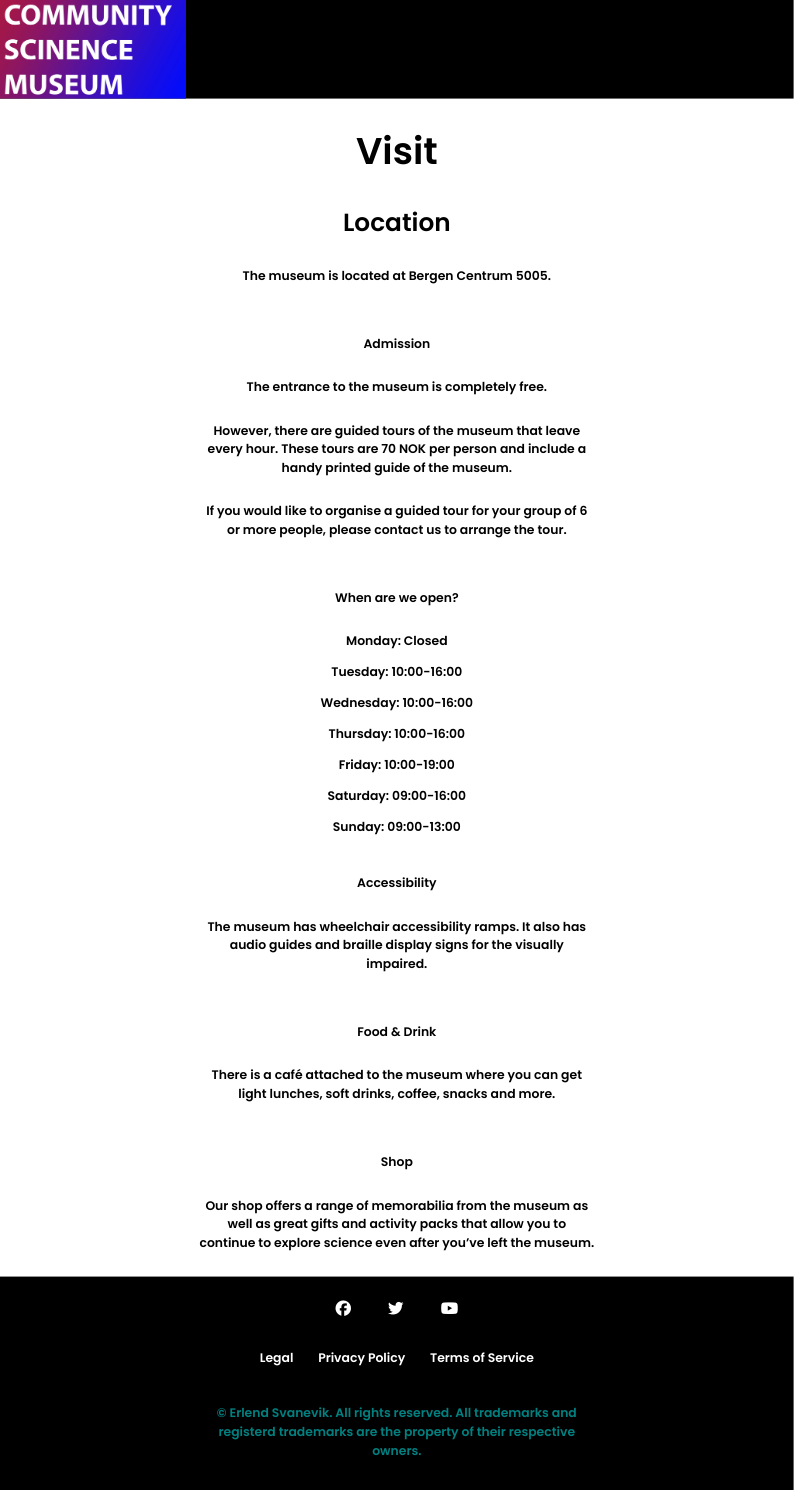
Repository: EpleWasTaken/Semester-Project
Page: visit.html
An editor plug-in stored every save of this project. The page is shown before and after the next save, followed by the edit.
The browser window is 1280 px wide. The pictures show the whole page, at 62% of full size.
Some web libraries are served in a nearby version.

Above is the page before, as saved 2020-12-07 11:12:05.

### visit.html
<!DOCTYPE html>
<html lang="en">
<head>
    <meta charset="UTF-8">
    <meta name="viewport" content="width=device-width, initial-scale=1.0">
    <meta name="keywords" content="museum, science museum, community museum">
    <meta name="author" content="Erlend Molvik Svanevik">
    <title>CMS Visit</title>

    <link rel="preconnect" href="https://fonts.gstatic.com">
    <link href="https://fonts.googleapis.com/css2?family=Poppins:ital,wght@0,100;0,200;0,300;0,400;0,500;0,600;1,100;1,200;1,300;1,400;1,500;1,600&display=swap" rel="stylesheet">
    <link rel="stylesheet" href="./css/styles.css">
    <link rel="stylesheet" href="./css/footer.css">
    <link rel="stylesheet" href="/css/hamburger.css">
    <script src="https://kit.fontawesome.com/cafca22d75.js" crossorigin="anonymous"></script>

</head>


<!--NAVIGAION, LOGO AND SEARCH BAR-->


<body>
    <header>
        <div class="logo-container">
            <a href="index.html" aria-label="Go to frontpage">
                <img src="/Images/CommunityScienceMuseum.jpg" class="logo" alt="Community Science Museum logo">
            </a>
        </div>
        <label class="hamburger-menu" for="hamburger-menu" aria-label="Hamburger menu for navigation"><i class="fas fa-bars fa-2x"></i></label>
        <input type="checkbox" id="hamburger-menu">
        <nav>
            <div class="nav-container">
                <ul>
                    <h2>Menu</h2>
                    <li><a href="index.html" aria-label="Go to home page">Home</a></li>
                    <li><a href="visit.html" aria-label="Go to the visit page">Visit</a></li>
                    <li><a href="to-see-and-do.html" aria-label="Go to: To see and do">To see and do</a></li>
                    <li><a href="contact.html" aria-label="Go to the contact page">Contact</a></li>
                    <li><a href="about.html" aria-label="Go to the about page">About</a></li>
                </ul>
            </div>
        </nav>
    </header>


<main class="visit">

    <section class="visit">
    <div class="visit-container">
        <div class="visit-text">
        <h1>Visit</h1>
        <h3>Location</h3>
        <p>The museum is located at Bergen Centrum 5005.</p>
    </div>
    </section>
    <section class="admission">
    <div>
        <h2>Admission</h2>
        <p>The entrance to the museum is completely free.</p>
        <p>However, there are guided tours of the museum that leave every hour.
        These tours are 70 NOK per person and include a handy printed guide of the museum.</p>
        <p>If you would like to organise a guided tour for your group of 6 or more people, please contact us to arrange the tour.</p>
    </div>
    </section>
    <section class="open-hours">
    <div class="open-hours">
        <h2>When are we open?</h2>
        <p>Monday: Closed</p>
        <p>Tuesday: 10:00-16:00</p>
        <p>Wednesday: 10:00-16:00</p>
        <p>Thursday: 10:00-16:00</p>
        <p>Friday: 10:00-19:00</p>
        <p>Saturday: 09:00-16:00</p>
        <p>Sunday: 09:00-13:00</p>

    </div>
    </section>
    <section class="accessibility">
    <div>
        <h2>Accessibility</h2>
        <p>The museum has wheelchair accessibility ramps.
        It also has audio guides and braille display signs for the visually impaired.</p>
    </div>
    </section>
    <section class="food-and-drink">
    <div>
        <h2>Food & Drink</h2>
        <p>There is a café attached to the museum where you can get light lunches, soft drinks, coffee, snacks and more.</p>
    </div>
    </section>
    <section class="shop">
    <div>
        <h2>Shop</h2>
        <p>Our shop offers a range of memorabilia from the museum as well as great gifts and activity packs that allow you to continue to explore science even after you’ve left the museum.</p>
    </div>
    </section>
</main>


<!--FOOTER, TOS/LEGAL/PRIVACY-POLICY AND SOCIALS-->


    <footer class="footer">
        <div class="footer-container">
            <ul class="footer-social">
                <li>
                    <a href="#0" class="facebook"><i class="fab fa-facebook"></i></a>
                </li>
                <li>
                    <a href="#0" class="twitter"><i class="fab fa-twitter"></i></a>
                </li>
                <li>
                    <a href="#0" class="youtube"><i class="fab fa-youtube"></i></a>
                </li>
            </ul>
        </div>
        <div class="footer-container">
            <div class="footer-legal">
                <a href="#0">Legal</a>
                <a href="#0">Privacy Policy</a>
                <a href="#0">Terms of Service</a>
            </div>
            <div class="footer-copyright">
                <p>&copy; Erlend Svanevik. All rights reserved. All trademarks and registerd trademarks are the property of
                   their respective owners.</p>
            </div>
        </div>
    </footer>
</body>
</html>

### css/styles.css
* {
	margin: 0px;
	padding: 0px;
	box-sizing: border-box;
}

body {
	font-family: 'poppins', sans seriff;
	background-color: white;
}

header {
	display: flex;
	background-color: black;
}

.logo {
	max-width: 125px;
}

.logo-container {
	height: 66.41px;
}

/* NAVIGATION/HAMBURGER MENU/CLICKEBLE
-------------------------------------------*/

/*PICTURES
-----------------------------------------------*/

.homepic {
	width: auto;
	max-width: 100%;
	height: auto;
}

/*TEXT/FONT/TEXT ALIGNMENY
--------------------------------------------------*/

h1 {
	display: flex;
	align-items: center;
	justify-content: center;
	margin-left: auto;
	margin-right: auto;
	font-weight: 600;
	font-size: 30px;
	margin: 40px;
	text-align: center;
}

h3 {
	display: flex;
	align-items: center;
	justify-content: center;
	font-weight: 600;
	font-size: 20px;
	margin: 40px;
	text-align: center;
}

h2 {
	display: flex;
	align-items: center;
	justify-content: center;
	margin-left: auto;
	margin-right: auto;
	font-weight: 600;
	font-size: 20px;
	margin: 40px;
	text-align: center;
}

p {
	display: flex;
	align-items: center;
	justify-content: center;
	font-weight: 600;
	font-size: 15px;
	margin: 40px;
	max-width: 70%;
	margin-left: auto;
	margin-right: auto;
	text-align: center;
}

.open-hours p {
	margin: 20px;
	margin-left: auto;
	margin-right: auto;
	align-items: center;
	justify-content: center;
	text-align: center;
}

.footer-copyright {
	display: flex;
	flex-direction: column;
	justify-content: center;
	align-items: center;
	text-align: center;
}

.contact-container {
	display: flex;
	flex-direction: row;
	align-items: center;
}

.mail {
	display: flex;
	justify-content: center;
	align-items: center;
}

/* GRID Container */
.visit {
	display: flexbox;
	flex-direction: column;
}

@media screen and (min-width: 1024px) {
	header {
		height: 159.38px;
	}

	.logo {
		display: flex;

		max-width: 300px;
	}

	.homepic {
		display: flex;
		flex-direction: column;
		justify-content: center;
		align-items: center;
		max-width: 1664px;
		margin-left: auto;
		margin-right: auto;
	}

	h1 {
		display: flex;
		align-items: center;
		justify-content: center;
		font-family: 'poppins', sans-serif;
		font-weight: 600;
		font-size: 60px;
		margin: 40px;
	}

	p {
		display: flex;
		align-items: center;
		justify-content: center;
		font-family: 'poppins', sans-serif;
		font-weight: 600;
		font-size: 20px;
		margin: 40px;
		max-width: 50%;
		margin-left: auto;
		margin-right: auto;
	}

	h3 {
		display: flex;
		align-items: center;
		justify-content: center;
		font-family: 'poppins', sans-serif;
		font-weight: 600;
		font-size: 40px;
		margin: 40px;
	}
}

@media screen and (min-width: 1024px) {
	.visit {
		display: grid;
		grid-template-areas: none;
	}
}

### css/footer.css
/* FOOTER */

* {
	padding: 0;
	margin: 0;
	box-sizing: border-box;
}

footer {
	display: flex;
	flex-direction: column;
	justify-content: center;
	align-items: center;
	background-color: black;
	font-family: 'Poppins', sans-serif;
	font-weight: 600;
	padding: 10px;
}

.footer-container {
	display: flex;
	flex-direction: column;
	justify-content: center;
	align-items: center;
}

.footer-social {
	font-size: 35px;
}

.footer-social li a {
	color: white;
}

.footer-legal {
	display: flex;
	flex-direction: column;
	text-decoration: none;
	align-items: center;
	justify-content: center;
	font-size: 20px;
}

.footer-legal a {
	display: flex;
	text-decoration: none;
	flex-direction: row;
	padding: 15px;
}

.footer-social li a.facebook:hover {
	color: #3b5998;
}

.footer-social li a.twitter:hover {
	color: #00acee;
}

.footer-social li a.youtube:hover {
	color: #c4302b;
}

.footer-legal a {
	color: white;
}

.footer-legal a:hover {
	color: #021859;
}

.footer-copyright {
	display: flex;
	flex-direction: column;
	text-decoration: none;
	font-size: 14px;
	color: teal;
}

ul {
	list-style: none;
}

@media screen and (min-width: 1024px) {
	.footer-legal {
		display: flex;
		flex-direction: row;
		justify-content: center;
		align-items: center;
	}

	.footer-legal a {
		display: flex;
		flex-direction: row;
		justify-content: center;
		align-items: center;
		padding: 20px;
	}

	.footer-social {
		display: flex;
		flex-direction: row;
		justify-content: center;
		align-items: center;
		text-decoration: none;
	}

	.footer-container {
		text-decoration: none;
	}

	.footer-social li {
		display: flex;
		flex-direction: row;
		text-decoration: none;
		margin: 15px;
	}
}

### css/hamburger.css
* {
	margin: 0;
	padding: 0;
	box-sizing: border-box;
}

nav {
	display: none;
}

label.hamburger-menu {
	display: block;
	height: 48px;
	padding: 16px;
	position: absolute;
	right: 0;
	top: 0;
	color: white;
	z-index: 1;
}

.nav-container {
	display: flex;
	flex-direction: column;
	align-items: center;
	position: fixed;
	top: 0;
	right: 0;
	background-color: black;
	width: 100%;
	height: 100vh;
	justify-content: center;
}

ul a {
	display: flex;
	text-decoration: none;
	font-size: 25px;
	justify-content: space-between;
	list-style-type: none;
	color: white;
	margin: 15px;
	font-weight: 400;
	align-items: center;
}

ul h2 {
	display: flex;
	text-decoration: underline;
	font-size: 35px;
	justify-content: space-between;
	list-style-type: none;
	color: white;
	margin: 25px;
	font-weight: 600;
	align-items: center;
}

ul {
	display: flex;
	flex-direction: column;
	justify-content: center;
	align-items: center;
}

#hamburger-menu {
	display: none;
}

#hamburger-menu:checked ~ nav {
	display: block;
}

@media screen and (min-width: 1024px) {
	label.hamburger-menu {
		display: none;
	}
}

After the next save:
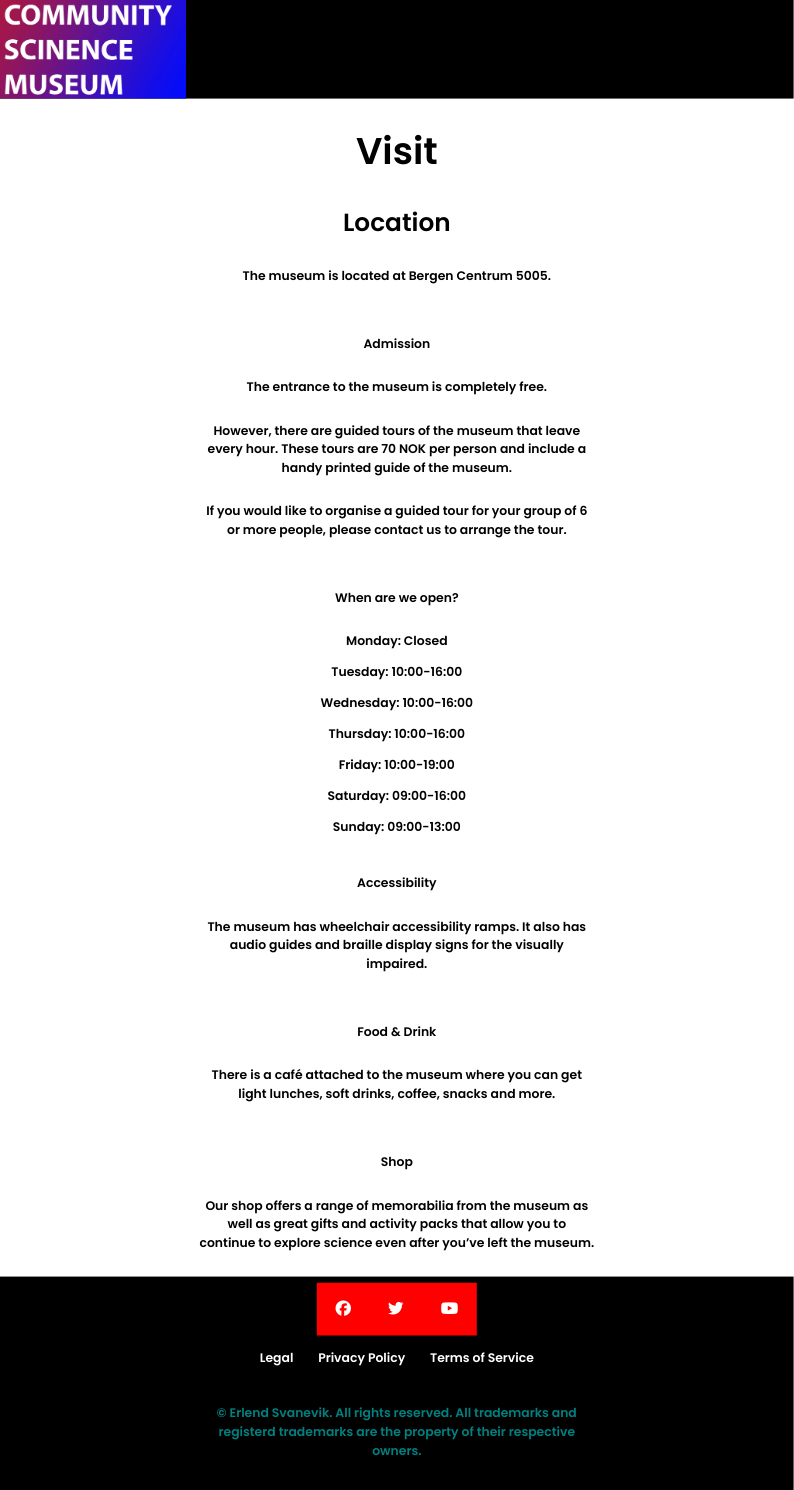
Saved 34 s later.
--- a/css/styles.css
+++ b/css/styles.css
@@ -179,4 +179,10 @@
 		display: grid;
 		grid-template-areas: none;
 	}
+
+	ul {
+		display: flex;
+		flex-direction: column;
+		background-color: red;
+	}
 }

After the save that followed:
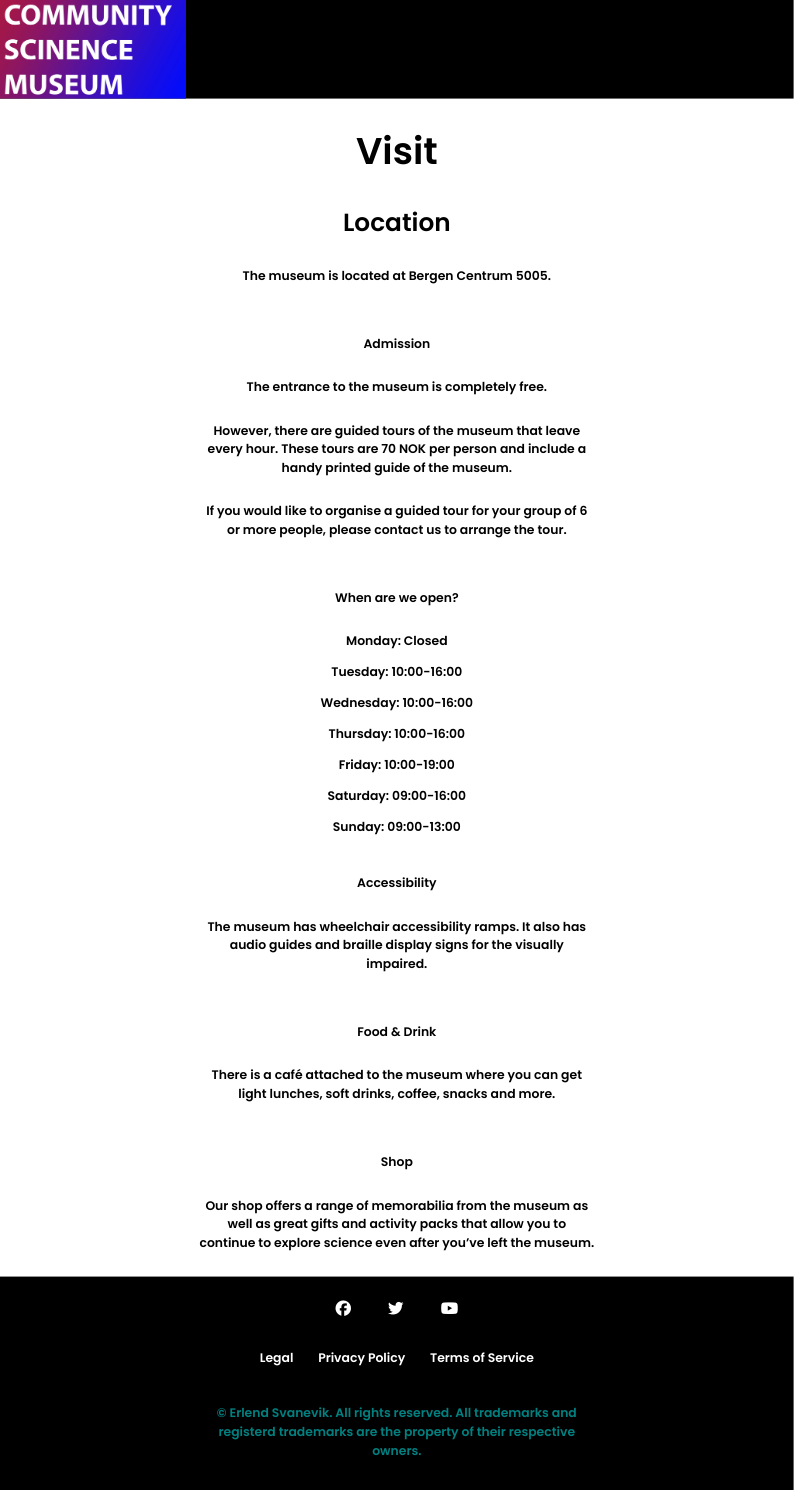
Saved 16 s later.
--- a/css/styles.css
+++ b/css/styles.css
@@ -179,10 +179,4 @@
 		display: grid;
 		grid-template-areas: none;
 	}
-
-	ul {
-		display: flex;
-		flex-direction: column;
-		background-color: red;
-	}
 }
